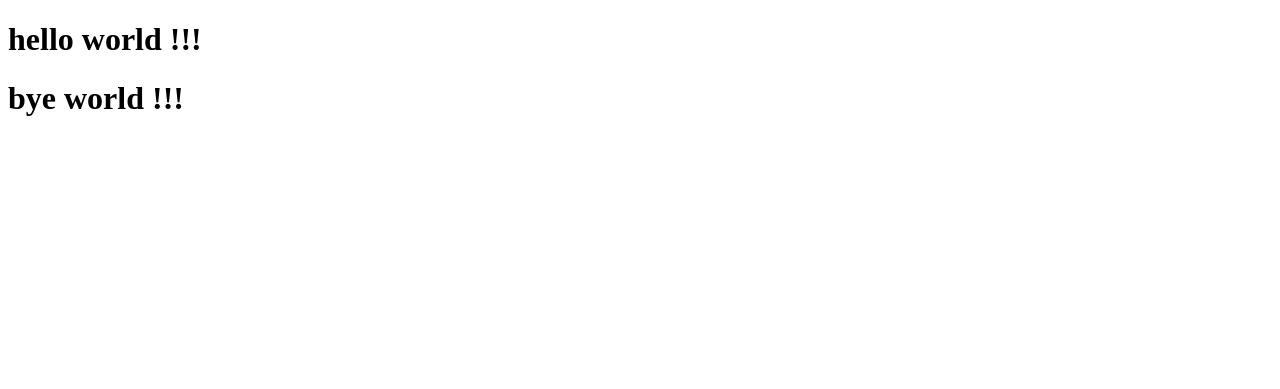
Repository: amt-12/html
Page: index.html
The author's editor kept a copy of each file at every save. The page is drawn from the files as they stood at one save, then again after the next save.
The browser window is 1280 px wide. The pictures show the whole page.

Above is the page before, as saved 2026-01-15 10:04:21.

### index.html
<!DOCTYPE html>
<html lang="en">
<head>
    <meta charset="UTF-8">
    <meta name="viewport" content="width=device-width, initial-scale=1.0">
    <title>Document</title>
</head>
<body>
    <h1>hello world !!!</h1>
    <h1>bye world !!!</h1>
</body>
</html>

After the next save:
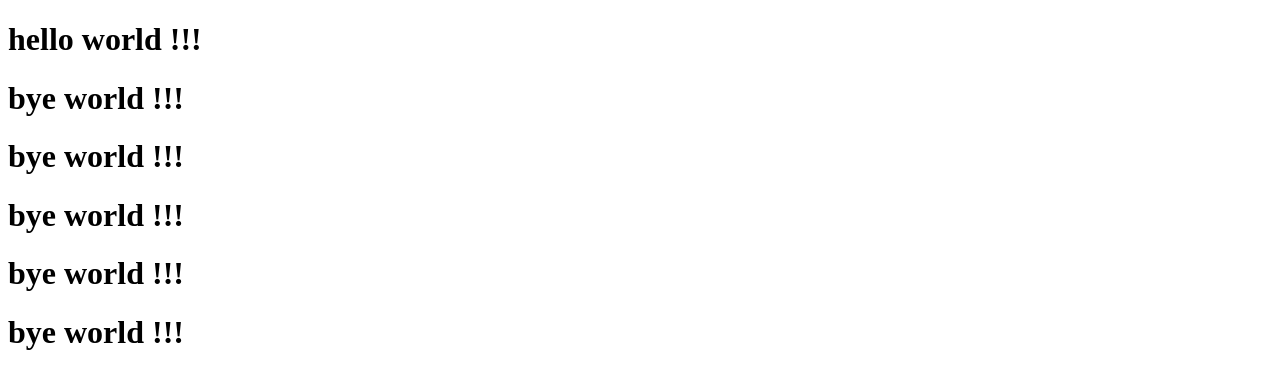
Saved 23 h 56 min later.
--- a/index.html
+++ b/index.html
@@ -8,5 +8,9 @@
 <body>
     <h1>hello world !!!</h1>
     <h1>bye world !!!</h1>
+    <h1>bye world !!!</h1>
+    <h1>bye world !!!</h1>
+    <h1>bye world !!!</h1>
+    <h1>bye world !!!</h1>
 </body>
 </html>
